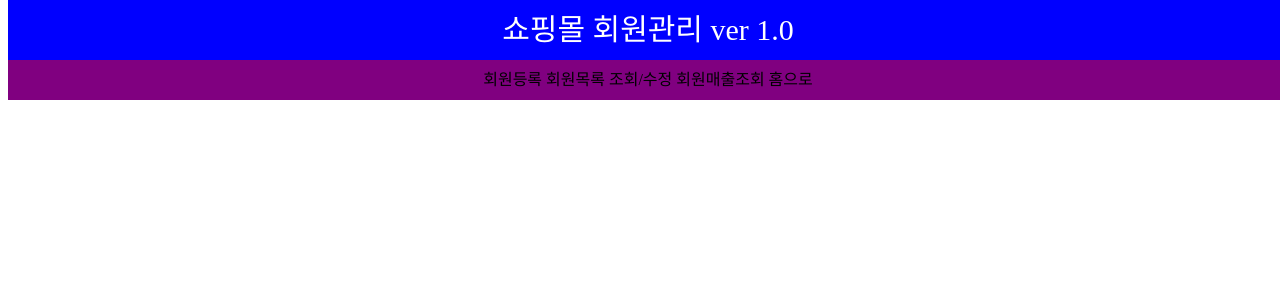
Repository: haileylee94/mini-project
Page: http://localhost/hrd/
The author's editor kept a copy of each file at every save. The page is drawn from the files as they stood at one save, then again after a run of saves.
The browser window is 1280 px wide. The pictures show the whole page.
The page is served by Tomcat 9.

Above is the page before, as saved 2022-11-17 09:19:08.

After the next 2 saves:
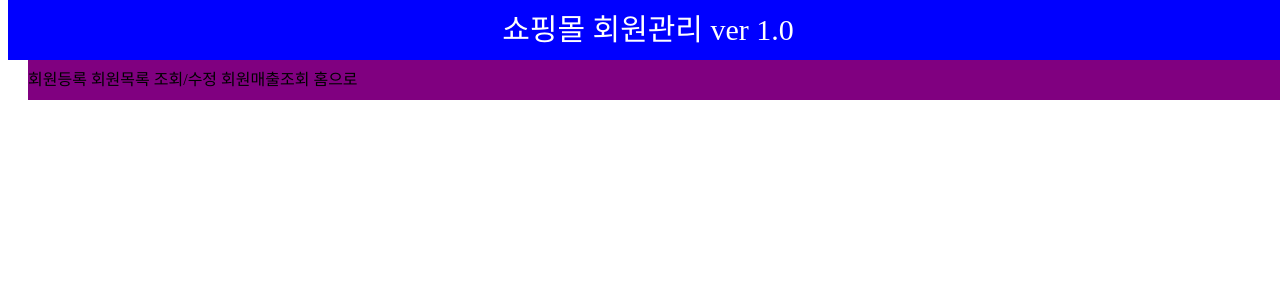
The 2 saves are shown as one change because they came seconds apart.
The last was saved 25 s later.
--- a/hrd/WebContent/index.jsp
+++ b/hrd/WebContent/index.jsp
@@ -23,8 +23,8 @@
 		width: 100%;
 		height: 40px;
 		background-color: purple;
-		text-align: center;
 		line-height: 40px;
+		margin-left: 20px;
 	}
 </style>
 </head>
